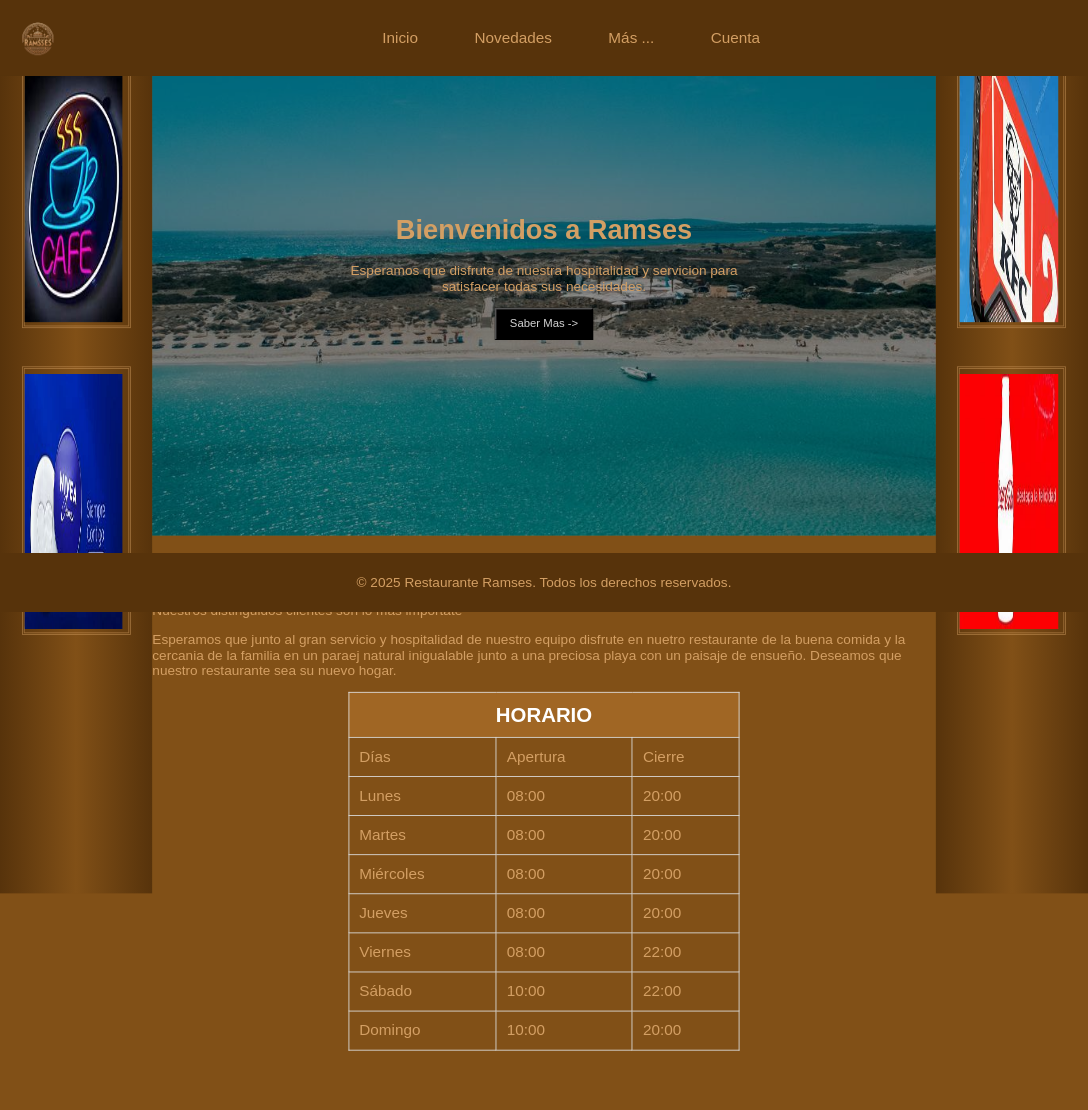
Repository: demoniers/demonIers.github.io
Page: web-lenguajes/index.html
The author's editor kept a copy of each file at every save. The page is drawn from the files as they stood at one save, then again after the next save.
The browser window is 1280 px wide. The pictures show the whole page, at 85% of full size.

Above is the page before, as saved 2025-01-27 13:34:42.

After the next save:
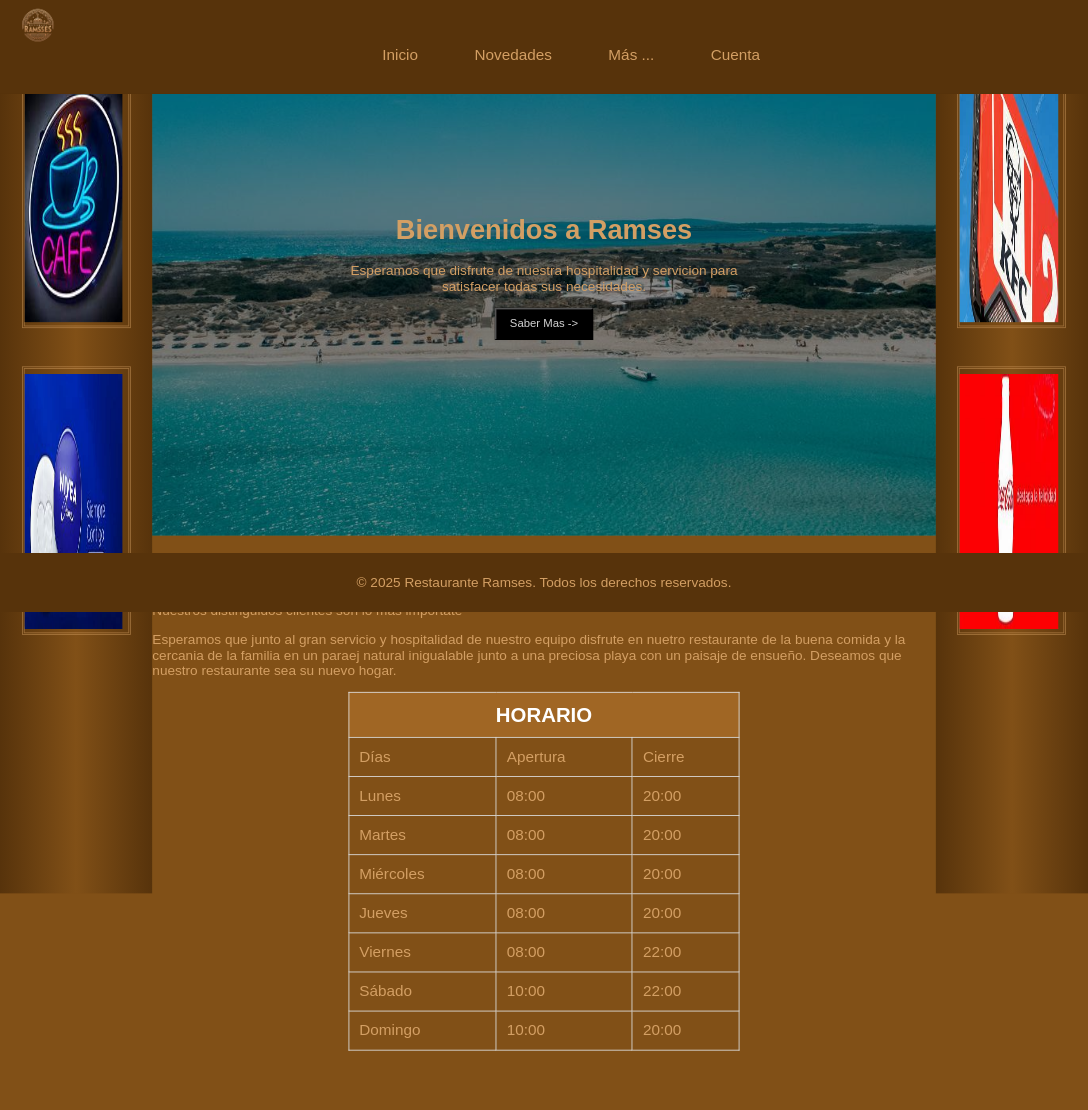
Saved 34 s later.
--- a/web-lenguajes/index.html
+++ b/web-lenguajes/index.html
@@ -11,7 +11,7 @@
     <body>
         <div class="header">
             <nav>
-                <img src="../img/logo-ramses.png" class="logo-r" alt="">
+                <a href="#"><img src="../img/logo-ramses.png" class="logo-r" alt=""></a>
                 <ul>
                     <li><a href="#">Inicio</a></li>
                     <li><a target="_blank" href="./src/noticias.html">Novedades</a></li>
